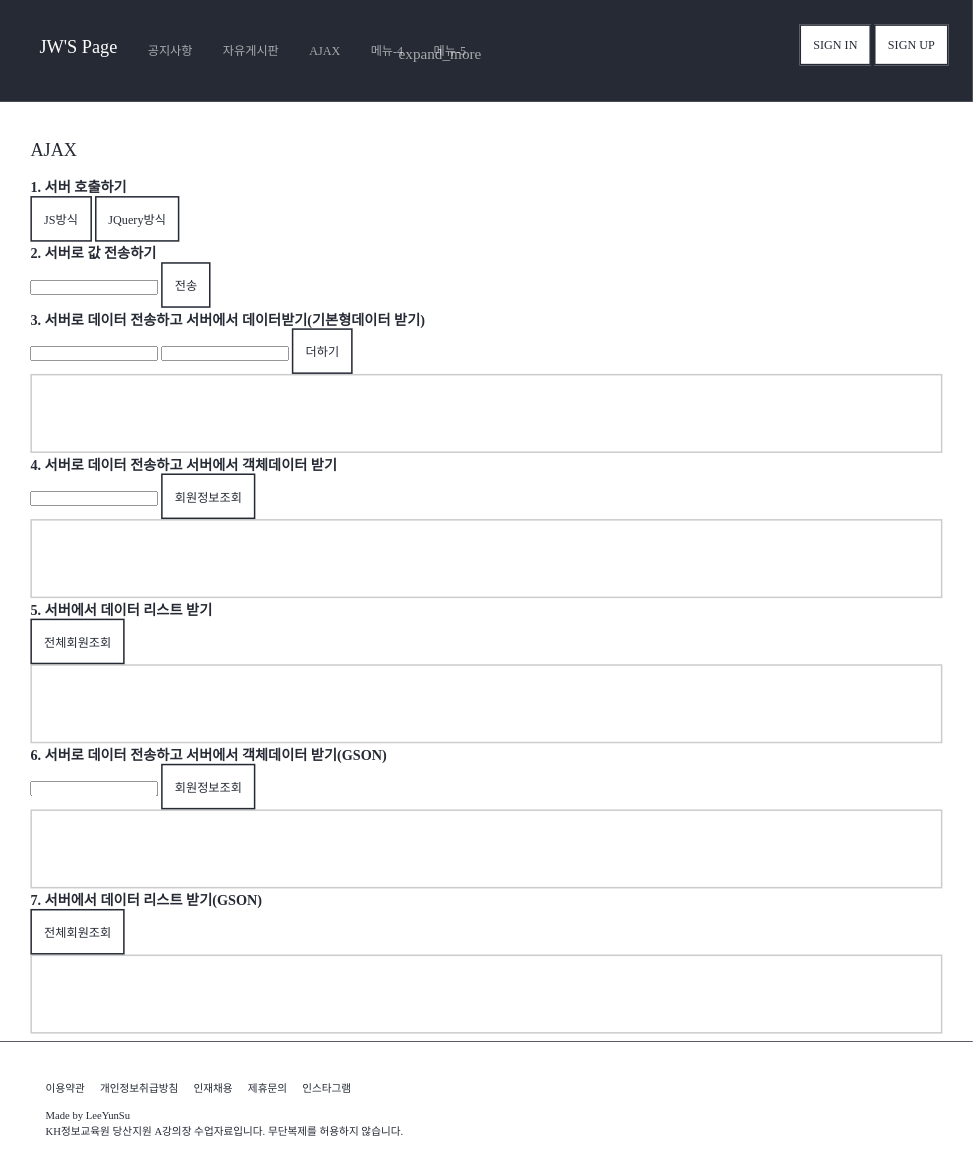
Repository: JWbase/Web_JAVA
Page: http://localhost/07_mvc2WebProject/ajax.do
These files come from the project's save history. The page is drawn as it stood at one moment and after the next save; the edit follows.
The browser window is 1280 px wide. The pictures show the whole page, at 76% of full size.
Some web fonts or font styles are not loaded; a fallback is used. The page is served by Tomcat 9. Other server files are loaded and not shown.

Above is the page before, as saved 2022-09-06 07:35:52.

### 07_mvc2WebProject/src/main/webapp/WEB-INF/views/etc/ajax.jsp
<%@ page language="java" contentType="text/html; charset=UTF-8"
	pageEncoding="UTF-8"%>
<!DOCTYPE html>
<html>
<head>
<meta charset="UTF-8">
<title>Insert title here</title>
<style>
.ajaxResult {
	min-height: 100px;
	border: 2px solid #ccc;
}
</style>
</head>
<body>
	<%@include file="/WEB-INF/views/common/header.jsp"%>
	<div class="page-content">
		<div class="page-title">AJAX</div>
		<h3>1. 서버 호출하기</h3>
		<button class="btn bc11" id="js">JS방식</button>
		<button class="btn bc11" id="jQ1">JQuery방식</button>

		<h3>2. 서버로 값 전송하기</h3>
		<input type="text">
		<button class="btn bc11" id="jQ2">전송</button>

		<h3>3. 서버로 데이터 전송하고 서버에서 데이터받기(기본형데이터 받기)</h3>
		<input type="text" id="su1"> <input type="text" id="su2">
		<button class="btn bc11" id="jQ3">더하기</button>
		<p class="ajaxResult" id="result1"></p>

		<h3>4. 서버로 데이터 전송하고 서버에서 객체데이터 받기</h3>
		<input type="text" id="input4">
		<button class="btn bc11" id="jQ4">회원정보조회</button>
		<p class="ajaxResult" id="result4"></p>

		<h3>5. 서버에서 데이터 리스트 받기</h3>
		<button class="btn bc11" id="jQ5">전체회원조회</button>
		<p class="ajaxResult" id="result5"></p>

		<h3>6. 서버로 데이터 전송하고 서버에서 객체데이터 받기(GSON)</h3>
		<input type="text" id="input6">
		<button class="btn bc11" id="jQ6">회원정보조회</button>
		<p class="ajaxResult" id="result6"></p>

		<h3>7. 서버에서 데이터 리스트 받기(GSON)</h3>
		<button class="btn bc11" id="jQ7">전체회원조회</button>
		<p class="ajaxResult" id="result7"></p>
	</div>
	<script>
		$("#js").on("click", function() {
			// javascript방식으로 ajax 호출
			// 1. XMLHttpRequest 객체 생성
			const xhttp = new XMLHttpRequest();

			// 2. 요청정보 설정
			xhttp.open("GET", "/ajaxTest1.do", true);
			// 3. 서버요청 처리에 따른 동작함수를 설정
			xhttp.onreadystatechange = function() {
				if (this.readyState == 4 & this.status == 200) {
					// 요청이 다 끝나고 정상인 경우
					console.log("서버 요청 완료!!");
				} else if (this.readyState == 4 & this.status == 404) {
					// 요청이 다 끝나고 결과가 페이지를 찾을 수 없는 경우
					console.log("주소를 찾을 수 없습니다.");
				}
			}
			// 4. 서버에 요청
			xhttp.send();
		});
		$("#jQ1").on("click", function() {
			$.ajax({
				url : "/ajaxTest1.do",
				type : "get",
				success : function() {
					console.log("서버호출완료");
				},
				error : function() {
					console.log("에러 발생");
				},
				complete : function() {
					console.log("무조건 호출");
				}
			});
		});
		$("#jQ2").on("click", function() {
			const input = $(this).prev();
			const inputValue = input.val();
			console.log(inputValue);
			$.ajax({
				url : "/ajaxTest2.do",
				type : "get",
				data : {
					input1 : inputValue
				},
				success : function() {
					console.log("서버로 전송완료");
				},
				error : function() {
					console.log("에러발생");
				}
			});
		})
		$("#jQ3").on("click", function() {
			const su1 = $("#su1").val();
			const su2 = $("#su2").val();
			const result = $("#result1");
			$.ajax({
				url : "/ajaxTest3.do",
				type : "post",
				data : {
					num1 : su1,
					num2 : su2
				},
				success : function(data) {
					result.text(data);
					console.log("서버호출완료");
				},
				error : function() {
					console.log("서버호출실패");
				}
			});
		});
		$("#jQ4").on("click", function() {
			const memberId = $("#input4").val();
			const result = $("#result4");
			result.empty();
			$.ajax({
				url : "/ajaxTest4.do",
				type : "get",
				data : {
					memberId : memberId
				},
				dataType : "json",
				success : function(data) {
					if (data == null) {
						result.append("회원 정보를 조회 할 수 없습니다.")
					} else {
						result.append("아이디 : " + data.memberId + "<br>");
						result.append("이름 : " + data.memberName + "<br>");
						result.append("전화번호 : " + data.memberPhone + "<br>");
					}
				}
			});
		});
		$("#jQ5").on("click", function() {
			const result = $("#result5");
			result.empty();
			$.ajax({
				url : "/ajaxTest5.do",
				dataType : "json",
				success : function(data) {
					console.log(data);
					for (let i = 0; i < data.length; i++) {
						const div = $("<div></div>");
						div.append(data[i].memberId);
						div.append("/");
						div.append(data[i].memberName);
						div.append("/");
						div.append(data[i].memberAddr);
						div.append("/");
						result.append(div);
					}
				}
			});
		});

		$("#jQ6").on("click", function() {
			const memberId = $("#input6").val();
			const result = $("#result6");
			result.empty();
			$.ajax({
				url : "/ajaxTest6.do",
				type : "get",
				data : {
					memberId : memberId
				},
				dataType : "json",
				success : function(data) {
					if (data == null) {
						result.append("회원 정보를 조회 할 수 없습니다.")
					} else {
						result.append("아이디 : " + data.memberId + "<br>");
						result.append("이름 : " + data.memberName + "<br>");
						result.append("전화번호 : " + data.memberPhone + "<br>");
					}
				}
			});
		});

		$("#jQ7").on("click", function() {
			const result = $("#result7");
			result.empty();
			$.ajax({
				url : "/ajaxTest7.do",
				dataType : "json",
				success : function(data) {
					console.log(data);
					for (let i = 0; i < data.length; i++) {
						const div = $("<div></div>");
						div.append(data[i].memberId);
						div.append("/");
						div.append(data[i].memberName);
						div.append("/");
						div.append(data[i].memberAddr);
						div.append("/");
						result.append(div);
					}
				}
			});
		});
	</script>
	<%@include file="/WEB-INF/views/common/footer.jsp"%>
</body>
</html>

### 07_mvc2WebProject/src/main/webapp/WEB-INF/views/common/header.jsp
<%@page import="kr.or.iei.member.model.vo.Member"%>
<%@ page language="java" contentType="text/html; charset=UTF-8"
	pageEncoding="UTF-8"%>
<%
Member m = (Member) session.getAttribute("m");
%>
<!-- 구글 아이콘 -->
<link href="https://fonts.googleapis.com/icon?family=Material+Icons"
	rel="stylesheet">
<!-- jquery -->
<script src="/js/jquery-3.6.0.js"></script>
<!-- 기본 CSS -->
<link rel="stylesheet" href="/css/default.css" />
<!-- 기본 js -->
<script src="/js/default.js"></script>
<header>
	<div class="site-logo">
		<a href="/">JW'S Page</a>
	</div>
	<nav>
		<ul class="navi">
			<li><a href="/noticeList.do?reqPage=1">공지사항</a></li>
			<li><a href="#">자유게시판</a></li>
			<li><a href="/ajax.do">AJAX</a></li>
			<li><a href="#">메뉴-4</a></li>
			<li><a href="#">메뉴-5</a>
				<ul class="sub-navi">
					<li><a href="#">sub-1</a></li>
					<li><a href="#">sub-2</a></li>
					<li><a href="#">sub-3</a></li>
				</ul></li>
		</ul>
	</nav>
	<div class="header-link">
		<%
		if (m == null) {
		%>
		<button class="btn bc11 modal-open-btn" target="#login-modal">SIGN
			IN</button>
		<a class="btn bc11" href="/signupFrm.do">SIGN UP</a>
		<%
		} else {
		%>
		<%-- <a class="btn bc11" href="/mypage1.do"><%=m.getMemberName()%></a> --%>
		<a class="btn bc11" href="/mypage2.do?memberId=<%=m.getMemberId()%>"><%=m.getMemberName()%></a>
		<a class="btn bc11" href="/logout.do">LOGOUT</a>
		<%
		}
		%>
	</div>
</header>
<%
if (m == null) {
%>
<div id="login-modal" class="modal-bg">
	<div class="modal-wrap">
		<div class="modal-head">
			<h2>SIGN IN</h2>
			<span class="material-icons close-icon modal-close">close</span>
		</div>
		<form action="/signIn.do" method="post">
			<div class="modal-content">
				<div class="input-box">
					<label for="signId">아이디</label> <input type="text" name="signId"
						class="input-form" placeholder="아이디입력">
				</div>
				<div class="input-box">
					<label for="signPw">비밀번호</label> <input type="password"
						name="signPw" class="input-form" placeholder="비밀번호입력">
				</div>
				<div class="input-box link-box">
					<a href="#">아이디/비밀번호 찾기</a>
				</div>
			</div>
			<div class="modal-foot">
				<button type="submit" class="btn bc11">로그인</button>
				<button type="button" class="btn bc1 modal-close">취소</button>
			</div>
		</form>
	</div>
</div>
<%
}
%>

### 07_mvc2WebProject/src/main/webapp/WEB-INF/views/common/footer.jsp
<%@ page language="java" contentType="text/html; charset=UTF-8"
	pageEncoding="UTF-8"%>
<footer>
	<div class="footer-content">
		<ul>
			<li><a href="#">이용약관</a></li>
			<li><a href="#">개인정보취급방침</a></li>
			<li><a href="#">인재채용</a></li>
			<li><a href="#">제휴문의</a></li>
			<li><a href="#">인스타그램</a></li>
		</ul>
		<p>Made by LeeYunSu</p>
		<p>KH정보교육원 당산지원 A강의장 수업자료입니다. 무단복제를 허용하지 않습니다.</p>
	</div>
</footer>

### 07_mvc2WebProject/src/main/java/kr/or/iei/ajax/controller/AjaxServlet.java
package kr.or.iei.ajax.controller;

import java.io.IOException;

import javax.servlet.RequestDispatcher;
import javax.servlet.ServletException;
import javax.servlet.annotation.WebServlet;
import javax.servlet.http.HttpServlet;
import javax.servlet.http.HttpServletRequest;
import javax.servlet.http.HttpServletResponse;

/**
 * Servlet implementation class AjaxServlet
 */
@WebServlet(name = "Ajax", urlPatterns = { "/ajax.do" })
public class AjaxServlet extends HttpServlet {
	private static final long serialVersionUID = 1L;

	/**
	 * @see HttpServlet#HttpServlet()
	 */
	public AjaxServlet() {
		super();
		// TODO Auto-generated constructor stub
	}

	/**
	 * @see HttpServlet#doGet(HttpServletRequest request, HttpServletResponse
	 *      response)
	 */
	protected void doGet(HttpServletRequest request, HttpServletResponse response)
			throws ServletException, IOException {
		// 1. 인코딩
		request.setCharacterEncoding("utf-8");
		// 2. 값추출
		// 3. 비즈니스로직
		// 4. 결과처리
		RequestDispatcher view = request.getRequestDispatcher("/WEB-INF/views/etc/ajax.jsp");
		view.forward(request, response);
	}

	/**
	 * @see HttpServlet#doPost(HttpServletRequest request, HttpServletResponse
	 *      response)
	 */
	protected void doPost(HttpServletRequest request, HttpServletResponse response)
			throws ServletException, IOException {
		// TODO Auto-generated method stub
		doGet(request, response);
	}

}

### 07_mvc2WebProject/src/main/webapp/css/default.css
/* 사용할 font 선언 */
@font-face {
  font-family: ns-thin;
  src: url(../font/NotoSansKR-Thin.otf);
}
@font-face {
  font-family: ns-light;
  src: url(../font/NotoSansKR-Light.otf);
}
@font-face {
  font-family: ns-m;
  src: url(../font/NotoSansKR-Medium.otf);
}
@font-face {
  font-family: ns-bold;
  src: url(../font/NotoSansKR-Bold.otf);
}
@font-face {
  font-family: ns-black;
  src: url(../font/NotoSansKR-Black.otf);
}
/*
    사이트 사용 색상
    balck : #252A34
    darkgray : #393E46
    lightgray : #EEEEEE
    dark-mint : #00ADB5
    mint : #08D9D6
    point-red : #FF2E63
    point-pink : #F85F73
    point-violet : #892CDC
*/
/* 전체태그 기본 margin, padding 제거 */
/* 기본 글씨 색 및 폰트 설정 */

* {
  margin: 0;
  padding: 0;
  color: #252a34;
  font-family: ns-m;
}
body {
  display: flex;
  flex-direction: column;
  min-height: 100vh;
}
/* 기본화면 레이아웃 */
a {
  text-decoration: none;
}
header {
  background-color: #252a34;
  padding: 32px;
  display: flex;
  min-width: 1200px;
}
header > *:not(.header-link) {
  float: left;
}
header > .site-logo {
  padding: 0px 20px;
}
header > .site-logo > a {
  color: #fff;
  font-family: ns-bold;
  font-size: 24px;
  line-height: 60px;
}
header > nav {
  flex-grow: 1;
}

header > nav > .navi {
  list-style-type: none;
}
header > nav > .navi > li {
  float: left;
  position: relative;
}
header > nav > .navi > li > a {
  display: block;
  color: rgba(255, 255, 255, 0.6);
  padding: 5px 20px;
  transition-duration: 0.5s;
  line-height: 60px;
}
header > nav > .navi > li:hover > a,
header > nav > .navi > li:hover > a + span {
  color: rgba(255, 255, 255, 1);
}
header > nav > .navi > li:hover > .sub-navi {
  display : block;
}
header > nav .sub-navi {
  position: absolute;
  background-color: #fff;
  list-style-type: none;
  display: none;
  border: 1px solid rgba(0, 0, 0, 0.2);
  left: 10px;
  min-width: 10rem;
}
header > nav .sub-navi > li {
  padding: 0.25rem 1rem;
}
header > nav .sub-navi > li > a {
  display: block;
}
header > nav .sub-navi > li:hover {
  background-color: rgba(0, 0, 0, 0.05);
}
.material-icons.dropdown {
  font-size: 20px;
  color: rgba(255, 255, 255, 0.6);
  position: absolute;
  right: 0px;
  top: 27px;
  transition-duration: 0.5s;
}
.material-icons.dropdown:hover {
  cursor: pointer;
}
.page-content {
  width: 1200px;
  margin: 30px auto;
  margin-bottom: 10px;
  flex-grow: 1;
}
.page-title {
  font-family: ns-bold;
  padding: 20px 0px;
  font-size: 1.5rem;
}
footer {
  padding: 50px;
  border-top: 1px solid #252a34;
}
footer > .footer-content {
  width: 1200px;
  margin: 0 auto;
  padding: 0px 10px;
}
footer > .footer-content * {
  font-size: 14px;
}
footer > .footer-content > ul {
  list-style-type: none;
  overflow: hidden;
  margin-bottom: 20px;
}
footer > .footer-content > ul > li {
  float: left;
}
footer > .footer-content > ul > li > a {
  padding-right: 20px;
}

/* font 클래스*/
.f-thin {
  font-family: ns-thin;
}
.f-light {
  font-family: ns-light;
}
.f-medium {
  font-family: ns-m;
}
.f-bold {
  font-family: ns-bold;
}
.f-black {
  font-family: ns-black;
}

/* 글씨 색 */
.fc-1 {
  color: #252a34;
}
.fc-2 {
  color: #393e46;
}
.fc-3 {
  color: #eeeeee;
}
.fc-4 {
  color: #00adb5;
}
.fc-5 {
  color: #08d9d6;
}
.fc-6 {
  color: #ff2e63;
}
.fc-7 {
  color: #f85f73;
}
.fc-8 {
  color: #892cdc;
}

/* 배경 색*/
.bg-1 {
  background-color: #252a34;
}
.bg-2 {
  background-color: #393e46;
}
.bg-3 {
  background-color: #eeeeee;
}
.bg-4 {
  background-color: #00adb5;
}
.bg-5 {
  background-color: #08d9d6;
}
.bg-6 {
  background-color: #ff2e63;
}
.bg-7 {
  background-color: #f85f73;
}
.bg-8 {
  background-color: #892cdc;
}

/* 테이블 디자인 */
.tbl {
  width: 100%;
  border-spacing: 0px;
  border-collapse: collapse;
}
.tbl th,
.tbl td {
  padding: 1rem;
  text-align: center;
}
.tbl .tr-1 {
  background-color: rgba(255, 255, 255, 1);
}
.tbl .tr-2 {
  background-color: rgba(57, 62, 70, 0.1);
}
.tbl .tr-3 {
  background-color: rgba(0, 173, 181, 0.1);
}
.tbl .tr-4 {
  background-color: rgba(137, 44, 220, 0.1);
}
.tbl .tr-5 {
  background-color: rgba(255, 46, 999, 0.1);
}
.tbl .td-1 {
  background-color: rgba(255, 255, 255, 1);
}
.tbl .td-2 {
  background-color: rgba(57, 62, 70, 0.1);
}
.tbl .td-3 {
  background-color: rgba(0, 173, 181, 0.1);
}
.tbl .td-4 {
  background-color: rgba(137, 44, 220, 0.1);
}
.tbl .td-5 {
  background-color: rgba(255, 46, 999, 0.1);
}
.tbl.tbl-hover .tr-1:hover {
  background-color: rgba(0, 0, 0, 0.05);
}
.tbl.tbl-hover .tr-2:hover {
  background-color: rgba(57, 62, 70, 0.15);
}
.tbl.tbl-hover .tr-3:hover {
  background-color: rgba(0, 173, 181, 0.15);
}
.tbl.tbl-hover .tr-4:hover {
  background-color: rgba(137, 44, 220, 0.15);
}
.tbl.tbl-hover .tr-5:hover {
  background-color: rgba(255, 46, 999, 0.15);
}

/* 버튼 디자인 */
.btn {
  border: none;
  padding: 1rem;
  display: inline-block;
  box-sizing: border-box;
  transition-duration: 0.5s;
  font-size: 16px;
  font-family: ns-light;
}
.bc1 {
  background-color: rgba(37, 42, 52, 0.9);
  color: #fff;
  border: 2px solid rgba(37, 42, 52, 0.9);
}
.bc1:hover {
  background-color: rgba(37, 42, 52, 1);
  cursor: pointer;
}
.bc2 {
  background-color: rgba(57, 62, 70, 0.9);
  color: #fff;
  border: 2px solid rgba(57, 62, 70, 0.9);
}
.bc2:hover {
  background-color: rgba(57, 62, 70, 1);
  cursor: pointer;
}
.bc3 {
  background-color: rgba(238, 238, 238, 0.9);
  color: #252a34;
  border: 2px solid rgba(238, 238, 238, 0.9);
}
.bc3:hover {
  background-color: rgba(238, 238, 238, 1);
  cursor: pointer;
}
.bc4 {
  background-color: rgba(0, 173, 181, 0.9);
  color: #fff;
  border: 2px solid rgba(0, 173, 181, 0.9);
}
.bc4:hover {
  background-color: rgba(0, 173, 181, 1);
  cursor: pointer;
}
.bc5 {
  background-color: rgba(8, 217, 214, 0.9);
  color: #fff;
  border: 2px solid rgba(8, 217, 214, 0.9);
}
.bc5:hover {
  background-color: rgba(8, 217, 214, 1);
  cursor: pointer;
}
.bc6 {
  background-color: rgba(255, 46, 99, 0.9);
  color: #fff;
  border: 2px solid rgba(255, 46, 99, 0.9);
}
.bc6:hover {
  background-color: rgba(255, 46, 99, 1);
  cursor: pointer;
}
.bc7 {
  background-color: rgba(248, 95, 115, 0.9);
  color: #fff;
  border: 2px solid rgba(248, 95, 115, 0.9);
}
.bc7:hover {
  background-color: rgba(248, 95, 115, 1);
  cursor: pointer;
}
.bc8 {
  background-color: rgba(137, 44, 220, 0.9);
  color: #fff;
  border: 2px solid rgba(137, 44, 220, 0.9);
}
.bc8:hover {
  background-color: rgba(137, 44, 220, 1);
  cursor: pointer;
}
.bc11 {
  color: rgba(37, 42, 52, 1);
  background-color: #fff;
  border: 2px solid rgba(37, 42, 52, 1);
}
.bc11:hover {
  background-color: rgba(37, 42, 52, 1);
  cursor: pointer;
  color: #fff;
}
.bc22 {
  color: rgba(57, 62, 70, 1);
  background-color: #fff;
  border: 2px solid rgba(57, 62, 70, 1);
}
.bc22:hover {
  background-color: rgba(57, 62, 70, 1);
  cursor: pointer;
  color: #fff;
}
.bc33 {
  color: rgba(37, 42, 52, 1);
  background-color: #fff;
  border: 2px solid rgba(238, 238, 238, 1);
}
.bc33:hover {
  background-color: rgba(238, 238, 238, 1);
  cursor: pointer;
  color: rgba(37, 42, 52, 1);
}
.bc44 {
  color: rgba(0, 173, 181, 1);
  background-color: #fff;
  border: 2px solid rgba(0, 173, 181, 1);
}
.bc44:hover {
  background-color: rgba(0, 173, 181, 1);
  color: #fff;
  cursor: pointer;
}
.bc55 {
  color: rgba(8, 217, 214, 1);
  background-color: #fff;
  border: 2px solid rgba(8, 217, 214, 1);
}
.bc55:hover {
  background-color: rgba(8, 217, 214, 1);
  color: #fff;
  cursor: pointer;
}
.bc66 {
  color: rgba(255, 46, 99, 1);
  background-color: #fff;
  border: 2px solid rgba(255, 46, 99, 1);
}
.bc66:hover {
  background-color: rgba(255, 46, 99, 1);
  color: #fff;
  cursor: pointer;
}
.bc77 {
  color: rgba(248, 95, 115, 1);
  background-color: #fff;
  border: 2px solid rgba(248, 95, 115, 1);
}
.bc77:hover {
  background-color: rgba(248, 95, 115, 1);
  color: #fff;
  cursor: pointer;
}
.bc88 {
  color: rgba(137, 44, 220, 1);
  background-color: #fff;
  border: 2px solid rgba(137, 44, 220, 1);
}
.bc88:hover {
  background-color: rgba(137, 44, 220, 1);
  color: #fff;
  cursor: pointer;
}
.bs1 {
  padding: 1rem;
}
.bs2 {
  padding: 1.5rem;
  font-size: 1.1em;
}
.bs3 {
  padding: 2rem;
  font-size: 1.2em;
}
.bs4 {
  width: 100%;
  padding: 2rem;
  font-size: 1.2em;
}
/* input 디자인 */
.input-form {
  width: 100%;
  display: block;
  padding: 0.8rem;
  background-color: #fff;
  outline: none;
  border: 1px solid #ccc;

  box-sizing: border-box;
}
.input-form:focus {
  box-shadow: 0 0 0 0.1rem #eee;
}

textarea.input-form {
  resize: none;
  min-height: 300px;
}
.input-form:read-only:not(select),
.input-form:disabled {
  background-color: #f7f7f9;
}
/* 페이징 디자인 */
.pagination {
  list-style-type: none;
  display: flex;
  justify-content: center;
  align-items: center;
}
.pagination > li {
  width: 40px;
  height: 40px;
  text-align: center;
  line-height: 40px;
  overflow: hidden;
}
.pagination.circle-style > li {
  border-radius: 50%;
}
.pagination > li > a.page-item {
  display: block;
  width: 100%;
  height: 100%;
  font-size: 18px;
}
.pagination > li > a.page-item > span.material-icons {
  display: block;
  width: 100%;
  height: 100%;
  line-height: 40px;
}
.pagination .page-item.active-page {
  background-color: #252a34;
  color: #fff;
}
/*게시물 표현*/
.posting-wrap {
  display: flex;
  flex-wrap: wrap;
}
.posting-wrap .posting-item {
  box-sizing: border-box;
  width: calc(100% / 5);
  padding: 20px;
}
.posting-wrap .posting-item .posting-img img {
  width: 100%;
  height: 200px;
}
.posting-wrap .posting-item .posting-content {
  width: 80%;
  margin: 0 auto;
}
.posting-wrap .posting-item:hover {
  box-shadow: 0 2px 10px 0 rgba(0, 0, 0, 0.2);
}
/* 댓글 */
.posting-comment {
  display: flex;
  border-top: 2px solid #ccc;

  list-style-type: none;
}
.posting-comment > li {
  box-sizing: border-box;
}
.posting-comment > li:first-child {
  width: 15%;
  display: flex;
  justify-content: center;
  align-items: center;
  min-height: 100px;
  border-right: 1px solid #ccc;
}
.posting-comment.reply > li:first-child {
  width: 20%;
}
.posting-comment > li:first-child .material-icons {
  font-size: 80px;
  color: #ccc;
}
.posting-comment.reply > li:first-child .material-icons:first-child {
  font-size: 40px;
  color: #ccc;
}
.posting-comment.reply > li:last-child {
  display: flex;
  flex-direction: column;
  width: 80%;
}
.posting-comment > li:last-child {
  display: flex;
  flex-direction: column;
  width: 85%;
}
.posting-comment > li:last-child > p {
  width: 100%;
  padding: 5px;
  box-sizing: border-box;
}
.posting-comment > li:last-child > .comment-info > span {
  padding: 0px 10px;
}
.posting-comment > li:last-child > .comment-info > span:not(:last-child) {
  border-right: 2px solid #ccc;
}
.posting-comment > li:last-child > .comment-content {
  padding: 0px 15px;
}
.posting-comment > li:last-child > .comment-link {
  text-align: right;
}
.posting-comment > li:last-child > .comment-link > a {
  margin: 0px 5px;
}
.posting-comment > li:last-child > .comment-link > a:hover {
  text-decoration: underline;
}

/*모달*/
.modal-bg {
  background-color: rgba(0, 0, 0, 0.3);
  position: fixed;
  width: 100%;
  height: 100vh;
  display: none;
  align-items: center;
  flex-direction: column;
}
.modal-wrap {
  margin-top: 150px;
  width: 600px;
  background: #fff;
  height: auto;
}
.modal-wrap div {
  padding: 1rem;
}
.modal-wrap div:not(:last-child) {
  border-bottom: 1px solid #ccc;
}
.modal-wrap .modal-foot {
  text-align: right;
}
.modal-wrap div.modal-head {
  position: relative;
}
.close-icon {
  position: absolute;
  top: 16px;
  right: 16px;
  font-size: 30px;
}
.close-icon:hover {
  cursor: pointer;
}

### 07_mvc2WebProject/src/main/webapp/js/default.js
$(function () {
  $(document).on("click", ".modal-open-btn", function () {
    $($(this).attr("target")).css("display", "flex");
  });
  $(document).on("click", ".modal-close", function () {
    $(this).parents(".modal-wrap").parent().css("display", "none");
  });
  $(".sub-navi").prev().after("<span class='material-icons dropdown'>expand_more</span>");
});
function alertFunc(icon){
	swal({
        title: '제목',
        text: '내용내용내용',
        icon: icon
      });
      //이후 페이지 이동 시 추가
      /*
      .then(function(){
    	 window.location = "${loc}";
      });
      */
}

Loaded but not shown: 07_mvc2WebProject/src/main/webapp/js/jquery-3.6.0.js (library)

After the next save:
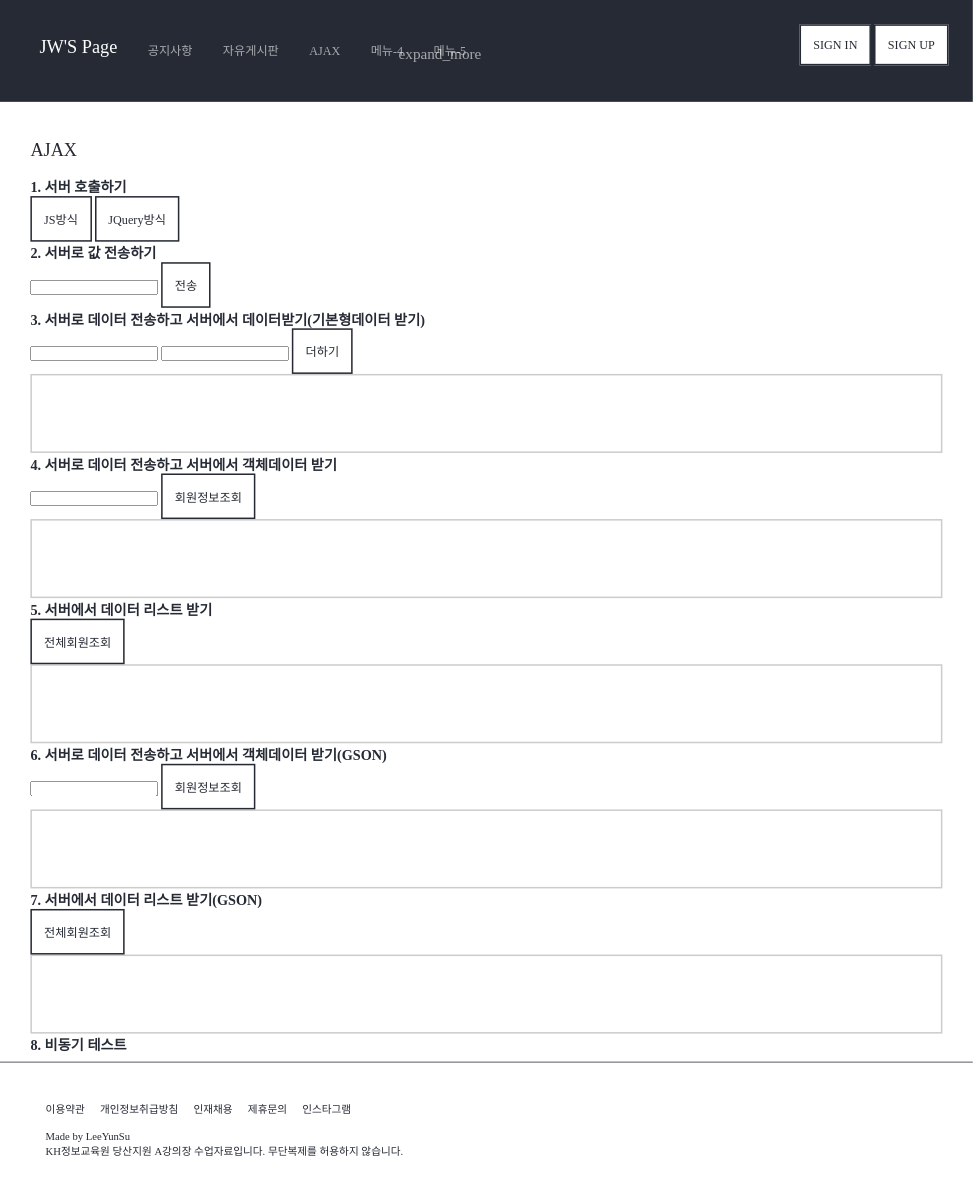
Saved 8 min 37 s later.
--- a/07_mvc2WebProject/src/main/webapp/WEB-INF/views/etc/ajax.jsp
+++ b/07_mvc2WebProject/src/main/webapp/WEB-INF/views/etc/ajax.jsp
@@ -46,6 +46,8 @@
 		<h3>7. 서버에서 데이터 리스트 받기(GSON)</h3>
 		<button class="btn bc11" id="jQ7">전체회원조회</button>
 		<p class="ajaxResult" id="result7"></p>
+
+		<h3>8. 비동기 테스트</h3>
 	</div>
 	<script>
 		$("#js").on("click", function() {
